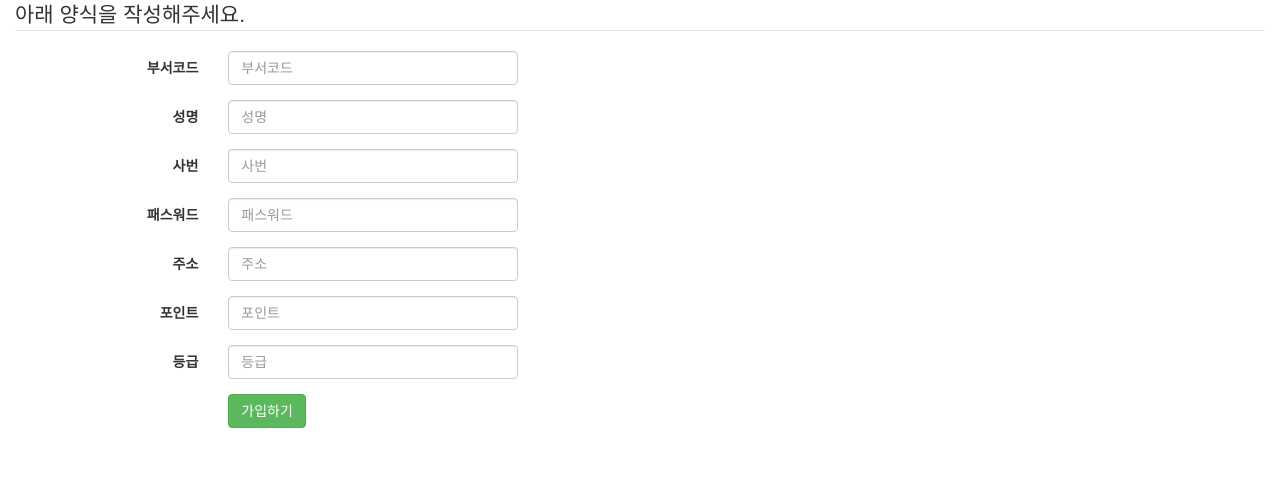
Repository: snowcuphea/webwork
Page: http://localhost/serverweb/member/register.jsp
These files come from the project's save history. The page is drawn as it stood at one moment and after the next save; the edit follows.
The browser window is 1280 px wide. The pictures show the whole page.
The page is served by Tomcat 9. Other server files are loaded and not shown.

Above is the page before, as saved 2020-01-20 04:57:01.

### serverweb/WebContent/member/register.jsp
<%@ page language="java" contentType="text/html; charset=EUC-KR"
    pageEncoding="EUC-KR"%>
<!DOCTYPE html>
<html>
<head>
<meta charset="EUC-KR">
<title>Insert title here</title>
 <link rel="stylesheet" href="http://maxcdn.bootstrapcdn.com/bootstrap/3.3.6/css/bootstrap.min.css">
  <script src="https://ajax.googleapis.com/ajax/libs/jquery/1.12.0/jquery.min.js"></script>
  <script src="http://maxcdn.bootstrapcdn.com/bootstrap/3.3.6/js/bootstrap.min.js"></script>
</head>
<body>
	<div class="container-fluid">
			<form role="form" class="form-horizontal"
				action="/template/deptinsert.do" method="POST"
				name="myform">
				<fieldset>
					<div id="legend">
						<legend>아래 양식을 작성해주세요.</legend>
					</div>
					<div class="form-group">
						<!-- 부서코드 -->
						<label class="control-label col-sm-2" for="orgcode">부서코드</label>
						<div class="col-sm-3">
							<input type="text" id="orgcode" name="deptno"
								placeholder="부서코드" class="form-control"
								 required>
						</div>
					</div>



					<div class="form-group">
						<!-- 성명-->
						<label class="control-label col-sm-2" for="orgname">성명</label>
						<div class="col-sm-3">
							<input type="text" id="orgname" name="name"
								placeholder="성명" class="form-control" minlength="4" required>

						</div>
					</div>
					<div class="form-group">
						<!-- 사번-->
						<label class="control-label col-sm-2" for="id">사번</label>
						<div class="col-sm-3">
							<input type="text" id="id" name="id"
								placeholder="사번" class="form-control"
								minlength="4" required onkeyup="runAjax()">

						</div>
						<span id="checkVal"></span>
					</div>







					<div class="form-group">
						<!-- 패스워드-->
						<label class="control-label col-sm-2" for="pass">패스워드</label>
						<div class="col-sm-3">
							<input type="text" id="pass" name="pass"
								placeholder="패스워드" class="form-control" minlength="4" >

						</div>
					</div>
					<div class="form-group">
						<!-- 주소-->
						<label class="control-label col-sm-2" for="addr">주소</label>
						<div class="col-sm-3">
							<input type="text" id="addr" name="addr"
							placeholder="주소"
								class="form-control" minlength="4" required>

						</div>
					</div>
					<div class="form-group">
						<!-- 포인트-->
						<label class="control-label col-sm-2" for="point">포인트</label>
						<div class="col-sm-3">
							<input type="text" id="point" name="point"
							placeholder="포인트"
								class="form-control" minlength="4" required>

						</div>
					</div>
					<div class="form-group">
						<!-- 등급-->
						<label class="control-label col-sm-2" for="grade">등급</label>
						<div class="col-sm-3">
							<input type="text" id="grade" name="grade"
							placeholder="등급"
								class="form-control" minlength="4" required>

						</div>
					</div>
					<div class="form-group">
						<!-- Button -->
						<div class="col-sm-3 col-sm-offset-2">
							<input type="submit" value="가입하기" class="btn btn-success"/>
						</div>
					</div>
				</fieldset>
			</form>
	</div>
</body>
</html>

After the next save:
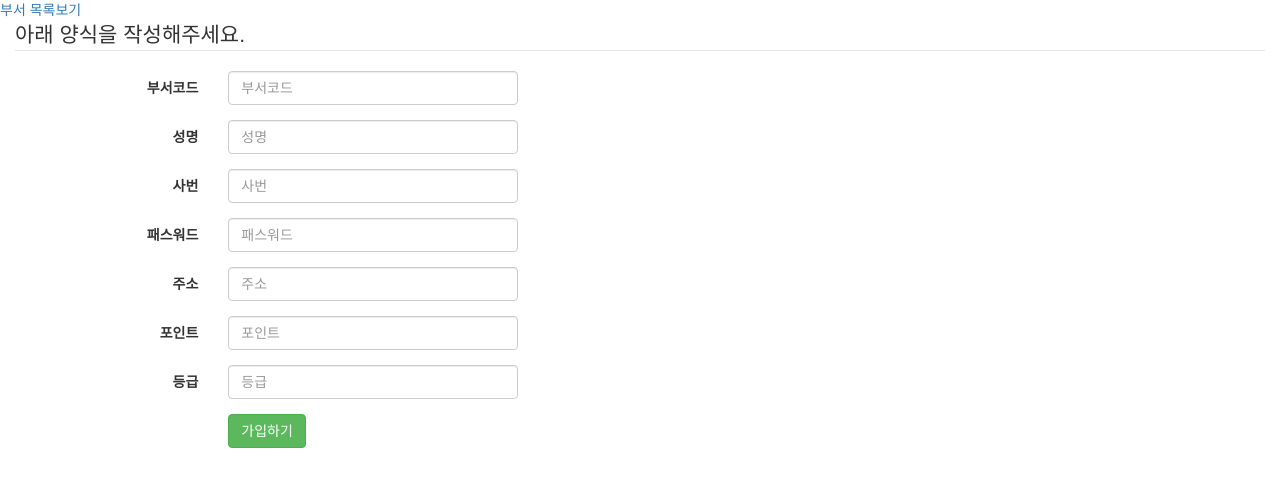
Saved 60 s later.
--- a/serverweb/WebContent/member/register.jsp
+++ b/serverweb/WebContent/member/register.jsp
@@ -10,6 +10,7 @@
   <script src="http://maxcdn.bootstrapcdn.com/bootstrap/3.3.6/js/bootstrap.min.js"></script>
 </head>
 <body>
+<div><a href="/serverweb/member/list.do">부서 목록보기</a></div><!-- 물리적 경로 아님 -->
 	<div class="container-fluid">
 			<form role="form" class="form-horizontal"
 				action="/template/deptinsert.do" method="POST"
